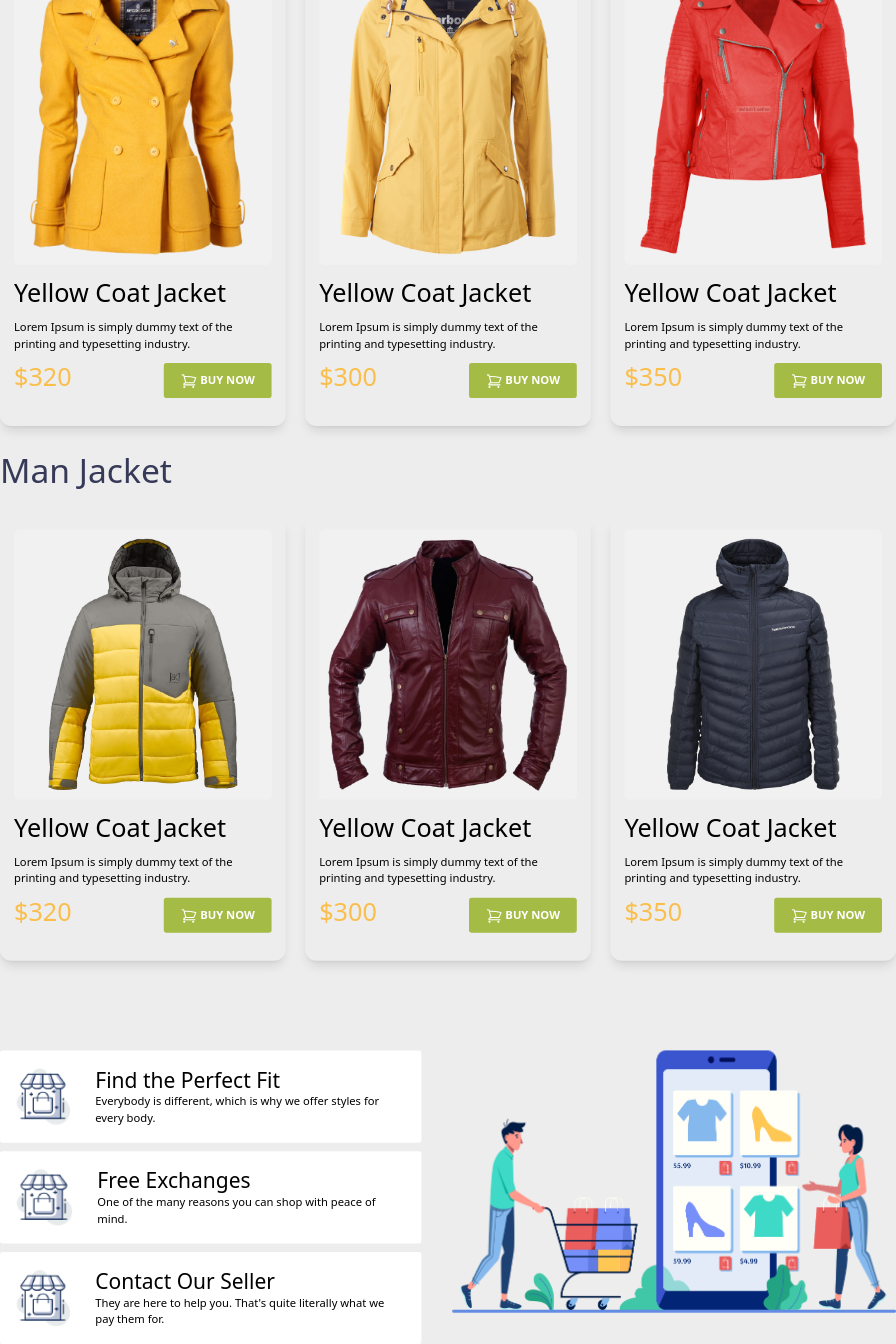
Repository: zjria/penguin-e-commerce-fashion
Page: index.html
These files come from the project's save history. The page is drawn as it stood at one moment and after the next save; the edit follows.
The browser window is 1280 px wide. The pictures show the part of the page from y = 982 to 2902 px (the page is 2902 px tall before and 2857 px after), at 70% of full size.
Some web libraries are served in a nearby version.

Above is the page before, as saved 2022-10-07 10:03:17.

After the next save:
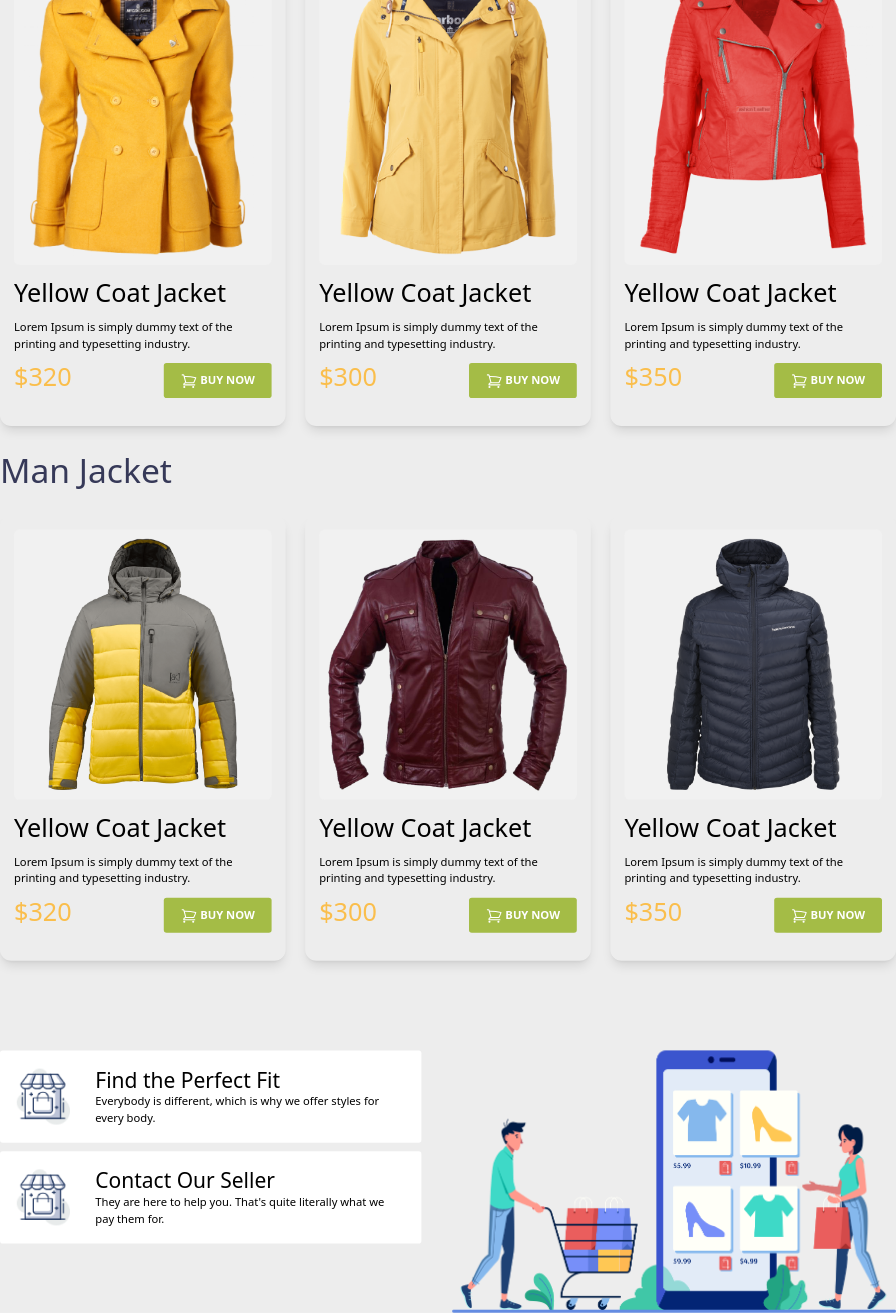
Saved 6 min 40 s later.
--- a/index.html
+++ b/index.html
@@ -231,14 +231,7 @@
                 <div class="row-span-3">
                     <img src="images/shopping.png" alt="">
                 </div>
-                <div class="bg-white rounded flex p-6 justify-center items-center mr-8">
-                    <img class="w-20 h-20" src="images/house.png" alt="">
-                    <div class="text pl-9">
-                        <h4 class="text-3xl">Free Exchanges</h4>
-                        <p>One of the many reasons you can shop
-                            with peace of mind.</p>
-                    </div>
-                </div>
+
                 <div class="bg-white rounded flex p-6 justify-center items-center mr-8">
                     <img class="w-20 h-20" src="images/house.png" alt="">
                     <div class="text pl-9">
